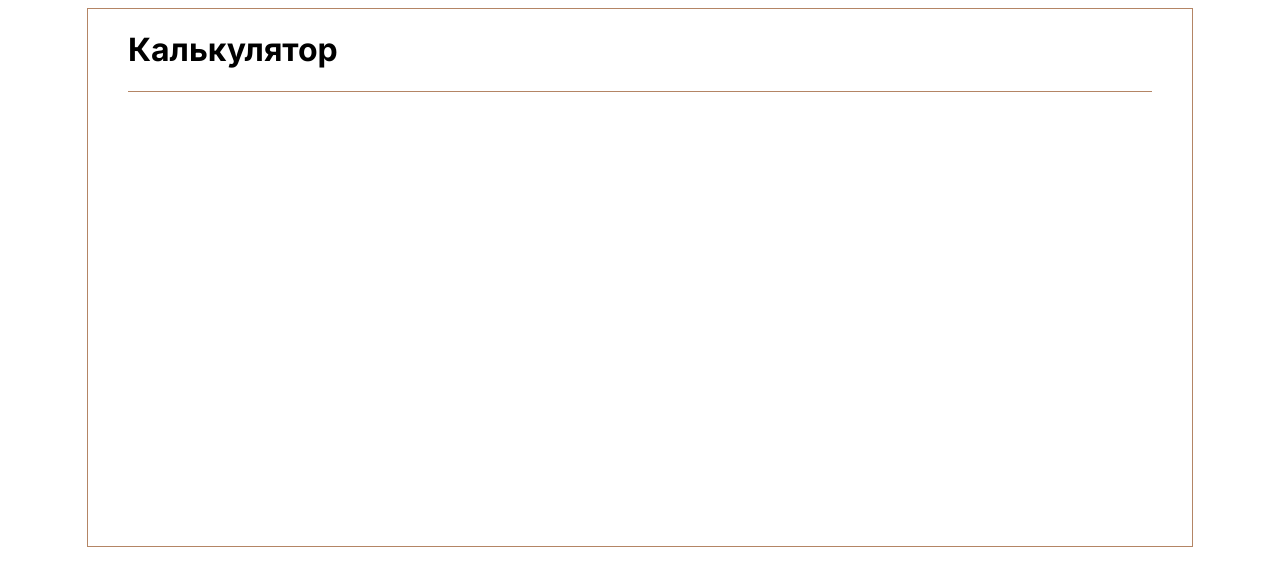
Repository: Kirill2034/Calculator-metal
Page: /
These files come from the project's save history. The page is drawn as it stood at one moment and after the next save; the edit follows.
The browser window is 1280 px wide. The pictures show the whole page.
The project was rebuilt for these pictures with package versions that can differ from the ones it lists, and the page was loaded fresh each time.

Above is the page before, as saved 2021-11-27 15:52:11.

After the next save:
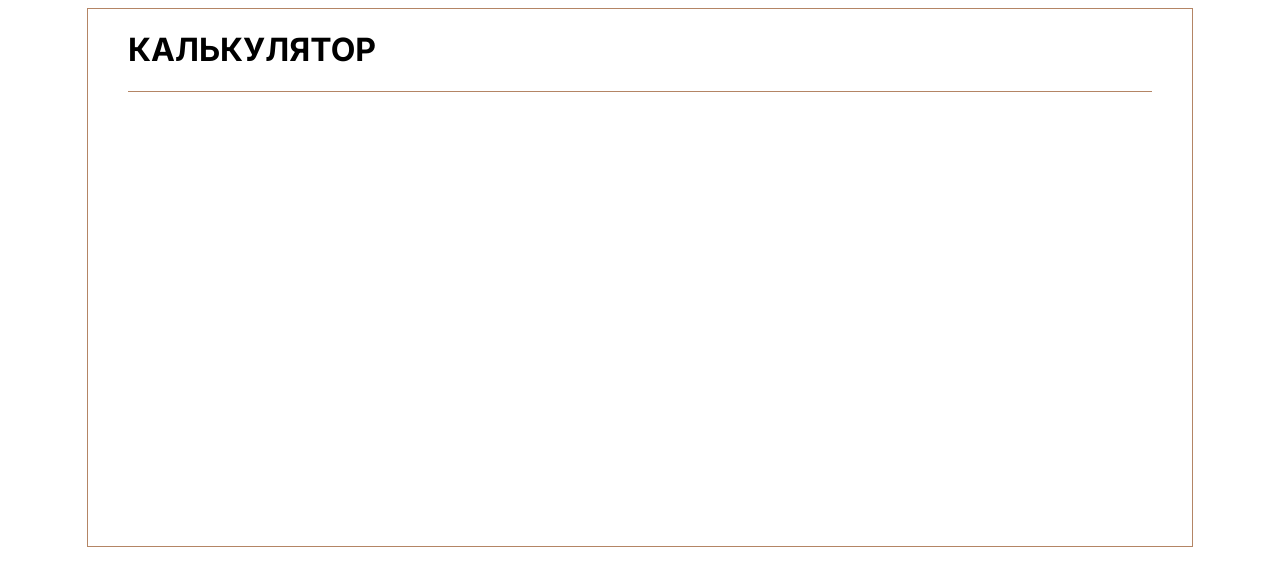
Saved 77 s later.
--- a/src/App.css
+++ b/src/App.css
@@ -1,2 +1,2 @@
 .App {width: 1024px; height: 537px; border: 1px solid #B48565; margin: 0 auto; font-family: 'Inter', sans-serif; padding: 0 40px;}
-.App .title {border-bottom: 1px solid #B48565;}
+.App .title {border-bottom: 1px solid #B48565; text-transform: uppercase;}
